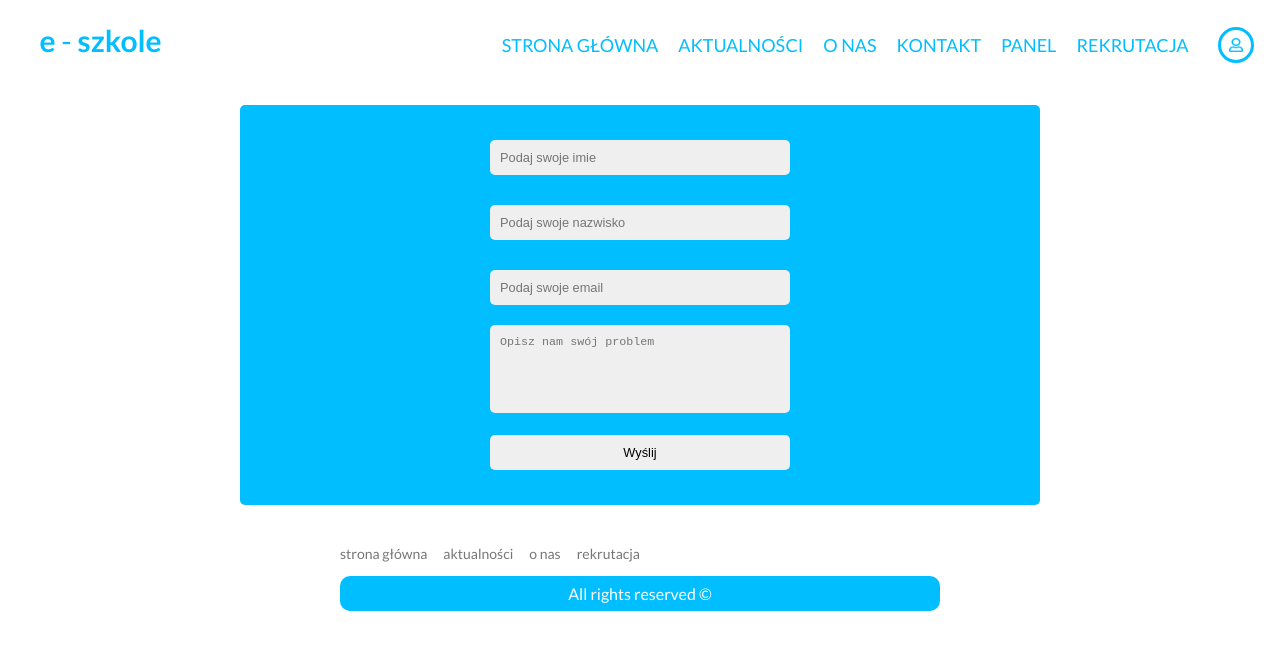
Repository: Votex874/e-szkole
Page: /kontakt (app in app/)
The author's editor kept a copy of each file at every save. The page is drawn from the files as they stood at one save, then again after the next save.
The browser window is 1280 px wide. The pictures show the whole page.
The project was rebuilt for these pictures with package versions that can differ from the ones it lists, and the page was loaded fresh each time. Also part of the build but not shown: app/src/components/News/Title/index.js, app/src/components/News/Content/index.js, app/src/components/News/Avatar/index.js, app/src/components/News/Footer/index.js, app/src/components/SectionTitle/index.js, app/src/components/News/index.js, app/src/components/AboutUs/Content/index.js, app/src/components/AboutUs/index.js and 21 more.

Above is the page before, as saved 2019-03-11 10:11:22.

After the next save:
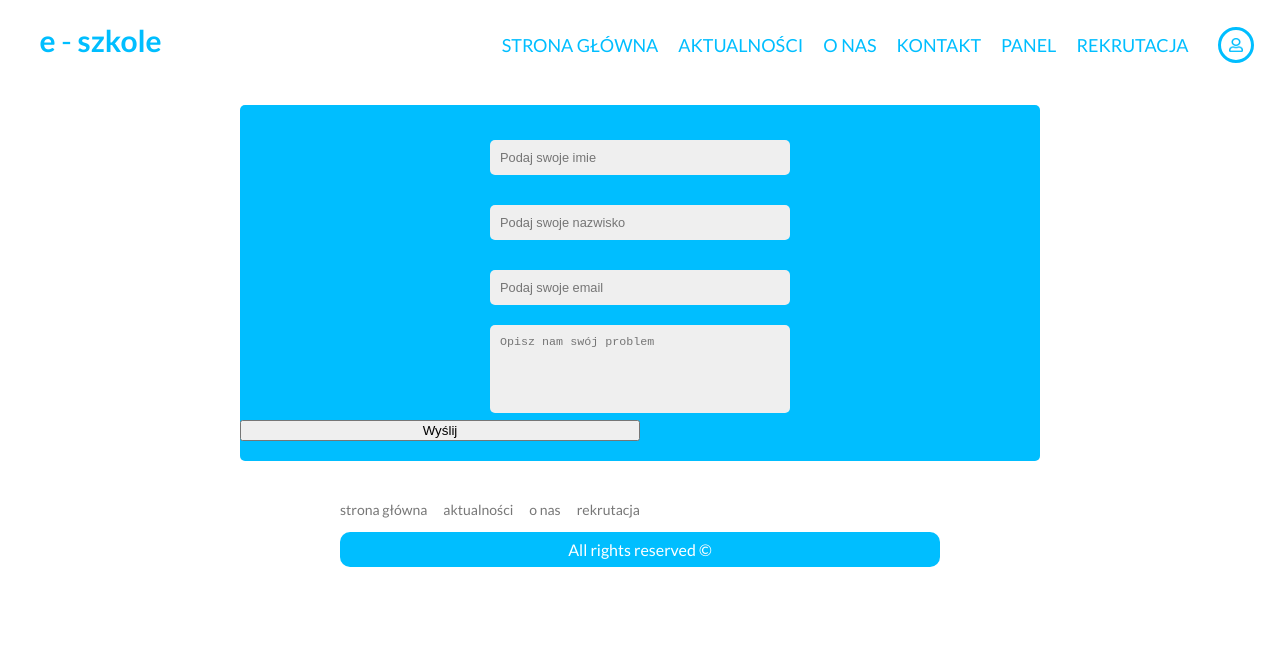
Saved 10 s later.
--- a/app/src/components/Form/index.js
+++ b/app/src/components/Form/index.js
@@ -81,7 +81,7 @@ class Form extends Component{
         <Textarea name="content" placeholder="Opisz nam swój problem"
           onChange={this.handleChange}
           value={content} />
-        <Input type="submit" value="Wyślij" />
+        <InputButton type="submit" value="Wyślij" />
       </FormContainer>
     )
   }
